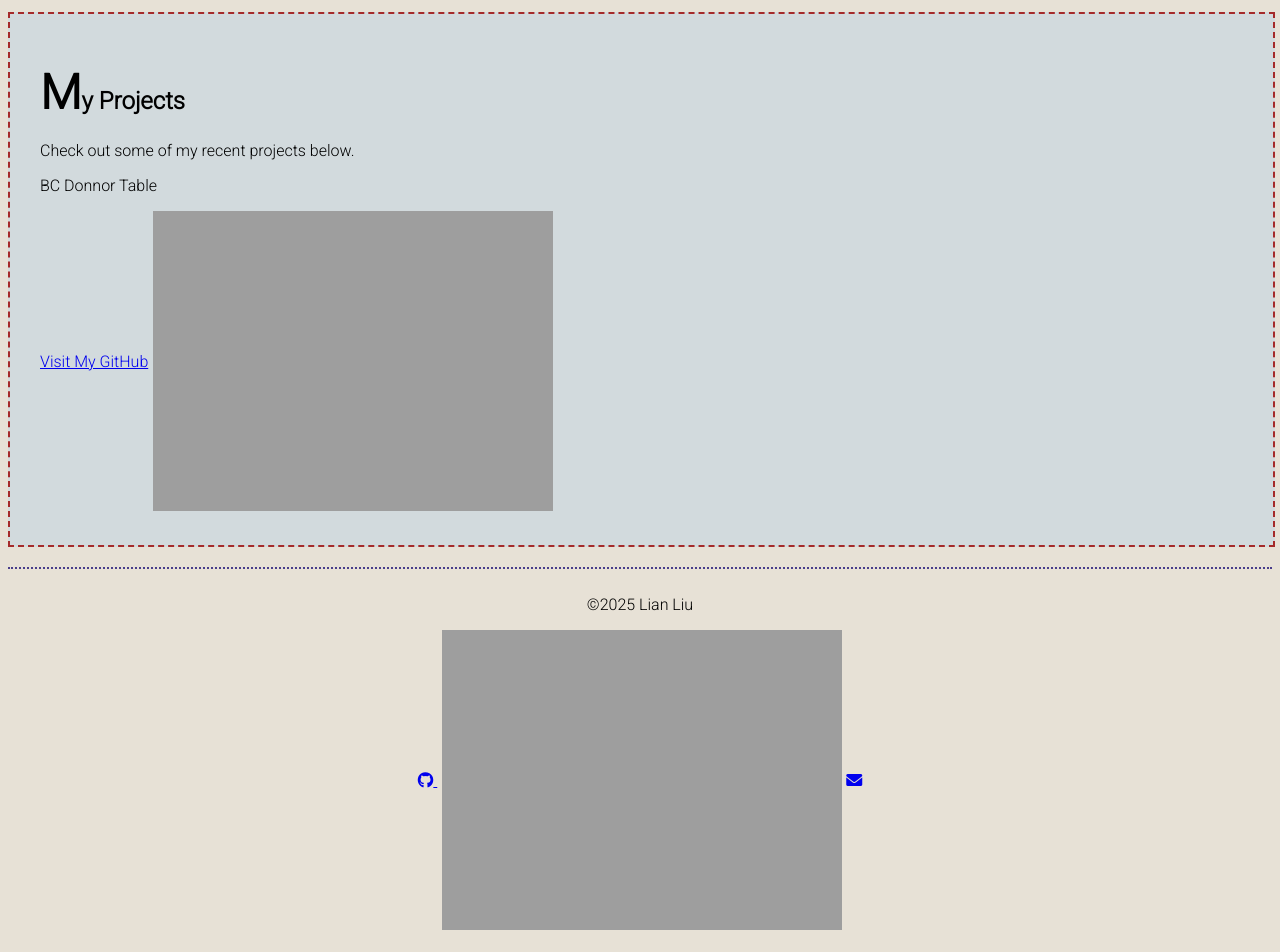
Repository: liulian26/CS5610
Page: assignment-1-liulian26/index.html
These files come from the project's save history. The page is drawn as it stood at one moment and after the next save; the edit follows.
The browser window is 1280 px wide. The pictures show the part of the page from y = 742 to 1694 px (the page is 1694 px tall).
Pictures or frames that could not be fetched are drawn as grey boxes. A picture or video elsewhere on the page could not be fetched, so the positions and the page height are approximate.

Above is the page before, as saved 2025-02-01 00:57:45.

### assignment-1-liulian26/index.html
<!DOCTYPE html>
<html lang="en">
<head>
    <meta charset="UTF-8">
    <title>My Portfolio</title>
    <link rel="stylesheet" href="css/styles.css">
    <link rel="stylesheet" href="https://cdnjs.cloudflare.com/ajax/libs/font-awesome/6.0.0/css/all.min.css">
</head>
<body>
    <header>
        <h1>Mila(Lian) Liu</h1>
        <p id="role">Student</p>
        <figure>
            <img src="images/snow.jpg" alt="Me" class="center-image" />
            <figcaption>Me</figcaption>
          </figure>
        <nav>
            <ul>
                <li><a href="index.html">Home</a></li>
                <li><a href="pages/education.html">Education</a></li>
                <li><a href="pages/hobbies.html">Hobbies</a></li>
            </ul>
        </nav>
    </header>

    <main>
      <section id="about">
        <h2>About Me</h2>
        <p>Hello! My name is Lian Liu, also can call me Mila. </p>
        <p>I am currently studying at Northeastern University, majoring in computer science.</p>
        <p>Welcome to my personal website!</p>
    </section>

      <section id="projects">
        <h2>My Projects</h2>
        <p>Check out some of my recent projects below.</p>
            <p>BC Donnor Table </p>
            <a href="https://github.com/liulian26" target="_blank">Visit My GitHub</a>
        </section>
    </main>

    <footer>
        <p>&copy;2025 Lian Liu </p>
        <a href="https://github.com/liulian26" target="_blank">
            <i class="fab fa-github"></i>
        </a>
        <a href="mailto:liu.lian1@northeastern.edu">
            <i class="fas fa-envelope"></i>
        </a>
    </footer>
  </body>
</html>

### assignment-1-liulian26/css/styles.css
@import url('https://fonts.googleapis.com/css2?family=Roboto:wght@300&display=swap');

header {
    text-align: center;
    border-bottom: 2px dotted darkslateblue;
    padding-bottom: 5px;

}

#role {
    font-weight: bold;
}

h1 {
    color: #1050aa;
    font-family: Georgia, 'Times New Roman', Times, serif;
    font-size: 2.2em;
}

nav ul {
    list-style-type: none;
    padding: 0;
    text-align: center;
}

nav ul li {
    display: inline;
    margin-right: 0 20px;
}

nav ul li a {
    text-decoration: none;
    color: #1050aa;
    font-weight: bold;
}

nav ul li a:hover {
    color: crimson;
}

main {
    width: 80%;
    margin: 20 auto;
}

section {
    border: 2px dashed brown;
    padding: 30px;
    margin-bottom: 30px;
    background-color: rgba(126, 191, 251, 0.2);
    width: 119%;
    margin: 20px auto;
}

body {
    background-color: rgb(231, 225, 214);
    font-family: 'Roboto', sans-serif;
}

h2::first-letter {
    font-size: 3rem;
}

.center-image {
    max-width: 26%;
    height: auto;
    display: block;
    margin: 10px auto;
}

.school-logo {
    max-width: 20%;
    height: auto;
    display: block;
    margin-top: auto;
}

figure {
    text-align: center;
}

figcaption {
    font-style: italic;
    color: goldenrod;
}

footer {
    text-align: center;
    padding: 10px;
    border-top: 2px dotted darkslateblue;
}

.projects {
    border: 2px dashed brown;
    margin: 10px 0;
}

a[href*="github"]:hover {
    color: crimson;
}

a[href*="github"]::after {
    content: url(../images/GitHub-Mark-32px.png);
    margin-left: 5px;
    vertical-align: middle;
}


header a:visited {
    color: rgb(237, 122, 127);
}

After the next save:
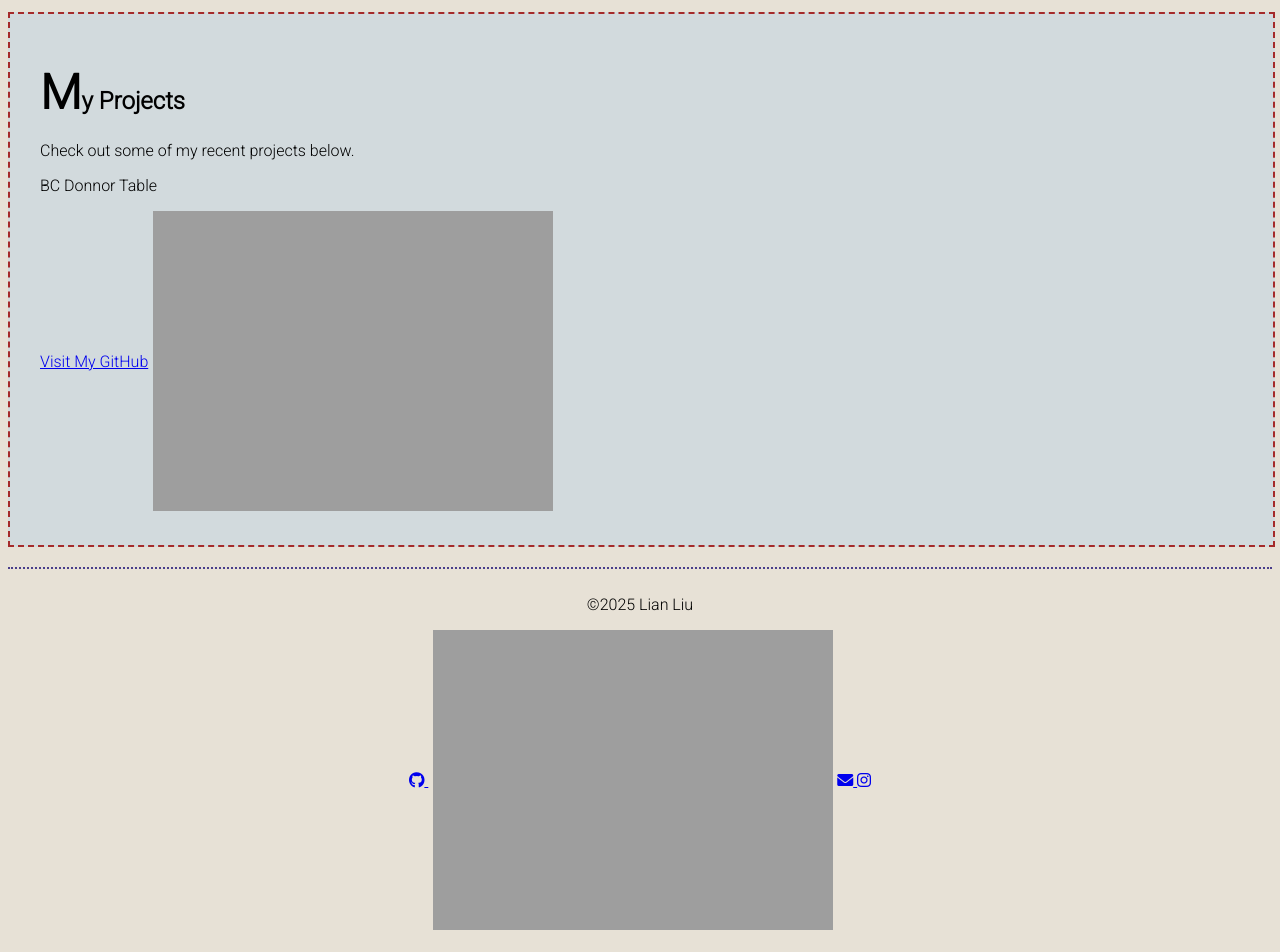
Saved 108 s later.
--- a/assignment-1-liulian26/index.html
+++ b/assignment-1-liulian26/index.html
@@ -46,6 +46,8 @@
         </a>
         <a href="mailto:liu.lian1@northeastern.edu">
             <i class="fas fa-envelope"></i>
+        <a href="https://www.instagram.com/lian.liu26?igsh=dmFub2MxcnJlZHEz&utm_source=qr" target="_blank">
+            <i class="fab fa-instagram"></i>
         </a>
     </footer>
   </body>
